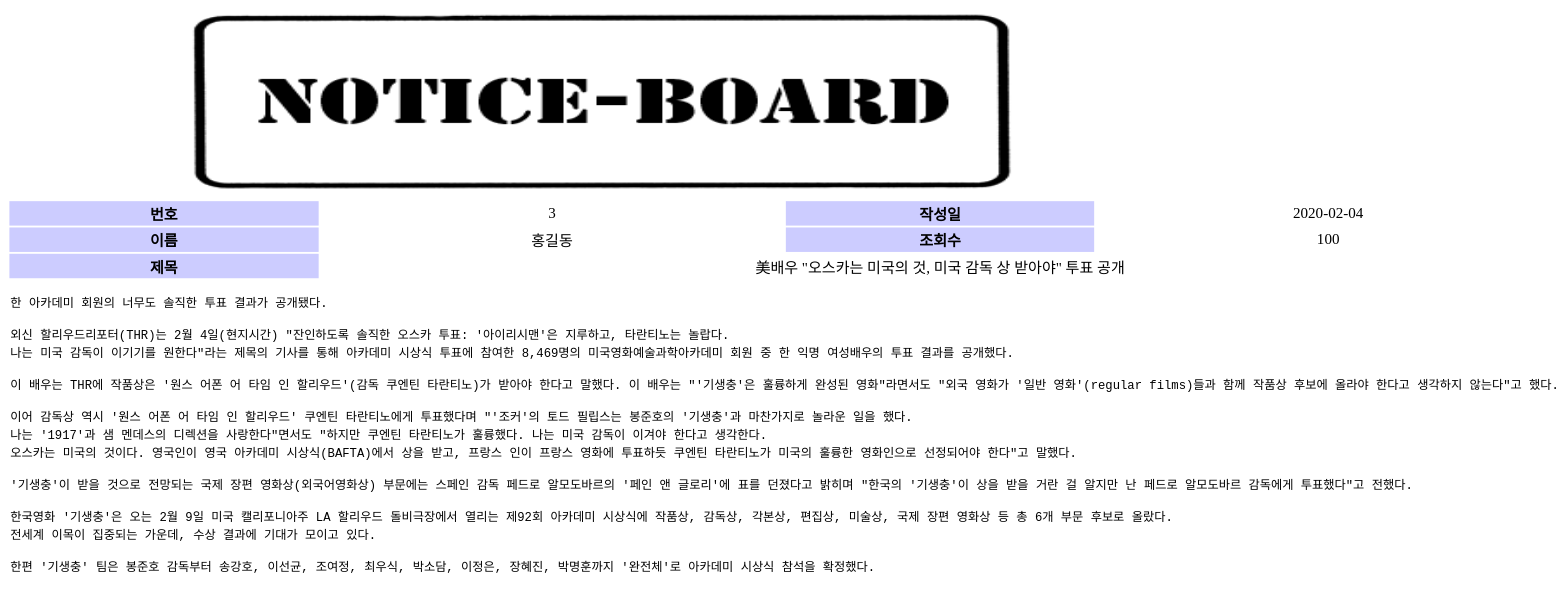
Repository: Rummikub/DBStudy
Page: HTML Project3/WebContent/html/detail.html
An editor plug-in stored every save of this project. The page is shown before and after the next save, followed by the edit.
The browser window is 1280 px wide. The page is 1663 px wide, so the pictures cover 1663 px, including what lies to the right of the window. The pictures show the whole page, at 94% of full size.

Above is the page before, as saved 2020-02-05 07:14:28.

### HTML Project3/WebContent/html/detail.html
<!DOCTYPE html>
<html>
<head>
<meta charset="UTF-8">
<title>Insert title here</title>
</head>
<body>
	<center>
	<img src="noticeboard.png" width=900 height=200>
	<table border=0 width=900>
		<tr>
		 <th width=20% bgcolor="#ccccff">번호</th>
		 <td width=30% align="center">3</td>
		 <th width=20% bgcolor="#ccccff">작성일</th>
		 <td width=30% align="center">2020-02-04</td>
		</tr>
		<tr>
		 <th width=20% bgcolor="#ccccff">이름</th>
		 <td width=30% align="center">홍길동</td>
		 <th width=20% bgcolor="#ccccff">조회수</th>
		 <td width=30% align="center">100</td>
		</tr>
		<tr>
		 <th width=20% bgcolor="#ccccff">제목</th>
		 <td colspan="3" align="center">美배우 "오스카는 미국의 것, 미국 감독 상 받아야" 투표 공개</td>
		</tr>
		<tr>
		 <td colspan="4" align="left" valign="top" height="200"><pre>한 아카데미 회원의 너무도 솔직한 투표 결과가 공개됐다.

외신 할리우드리포터(THR)는 2월 4일(현지시간) "잔인하도록 솔직한 오스카 투표: '아이리시맨'은 지루하고, 타란티노는 놀랍다.
나는 미국 감독이 이기기를 원한다"라는 제목의 기사를 통해 아카데미 시상식 투표에 참여한 8,469명의 미국영화예술과학아카데미 회원 중 한 익명 여성배우의 투표 결과를 공개했다.

이 배우는 THR에 작품상은 '원스 어폰 어 타임 인 할리우드'(감독 쿠엔틴 타란티노)가 받아야 한다고 말했다. 이 배우는 "'기생충'은 훌륭하게 완성된 영화"라면서도 "외국 영화가 '일반 영화'(regular films)들과 함께 작품상 후보에 올라야 한다고 생각하지 않는다"고 했다.

이어 감독상 역시 '원스 어폰 어 타임 인 할리우드' 쿠엔틴 타란티노에게 투표했다며 "'조커'의 토드 필립스는 봉준호의 '기생충'과 마찬가지로 놀라운 일을 했다.
나는 '1917'과 샘 멘데스의 디렉션을 사랑한다"면서도 "하지만 쿠엔틴 타란티노가 훌륭했다. 나는 미국 감독이 이겨야 한다고 생각한다.
오스카는 미국의 것이다. 영국인이 영국 아카데미 시상식(BAFTA)에서 상을 받고, 프랑스 인이 프랑스 영화에 투표하듯 쿠엔틴 타란티노가 미국의 훌륭한 영화인으로 선정되어야 한다"고 말했다.

'기생충'이 받을 것으로 전망되는 국제 장편 영화상(외국어영화상) 부문에는 스페인 감독 페드로 알모도바르의 '페인 앤 글로리'에 표를 던졌다고 밝히며 "한국의 '기생충'이 상을 받을 거란 걸 알지만 난 페드로 알모도바르 감독에게 투표했다"고 전했다.

한국영화 '기생충'은 오는 2월 9일 미국 캘리포니아주 LA 할리우드 돌비극장에서 열리는 제92회 아카데미 시상식에 작품상, 감독상, 각본상, 편집상, 미술상, 국제 장편 영화상 등 총 6개 부문 후보로 올랐다.
전세계 이목이 집중되는 가운데, 수상 결과에 기대가 모이고 있다.

한편 '기생충' 팀은 봉준호 감독부터 송강호, 이선균, 조여정, 최우식, 박소담, 이정은, 장혜진, 박명훈까지 '완전체'로 아카데미 시상식 참석을 확정했다.</pre></td>
		</tr>
	</table>
	</center>
</body>
</html>

After the next save:
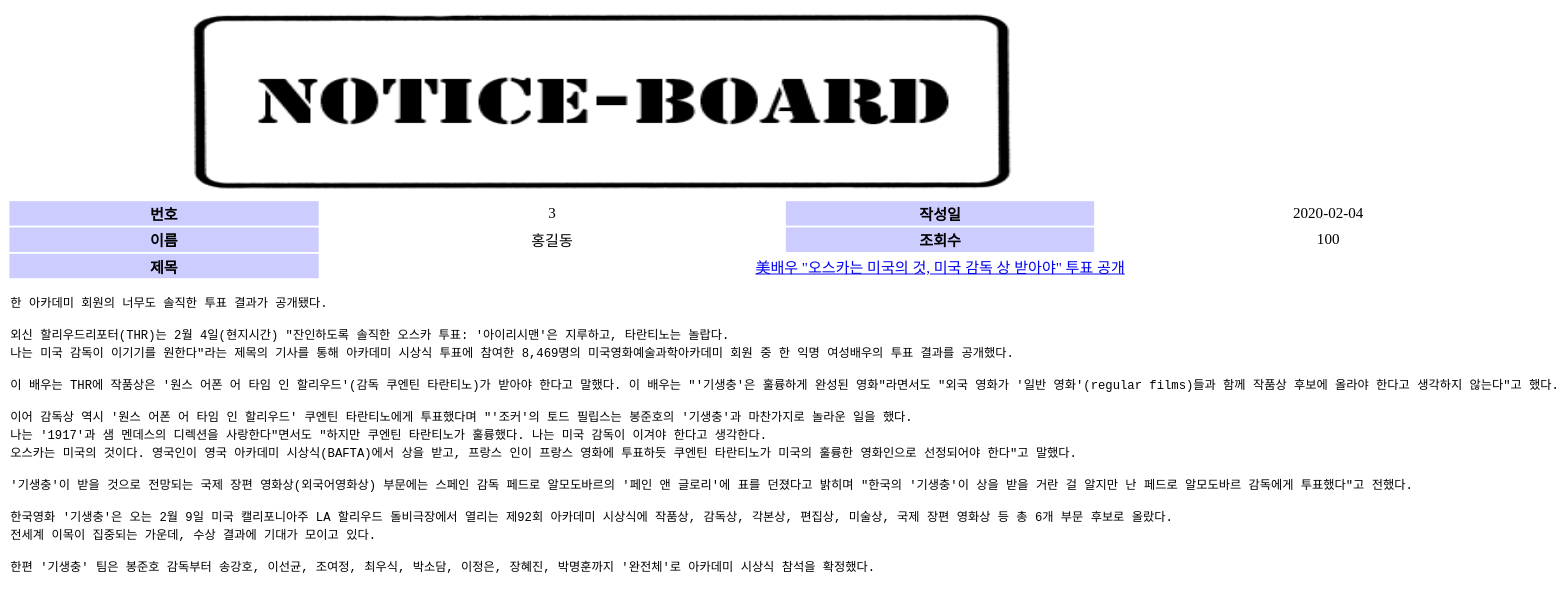
Saved 39 s later.
--- a/HTML Project3/WebContent/html/detail.html
+++ b/HTML Project3/WebContent/html/detail.html
@@ -22,7 +22,7 @@
 		</tr>
 		<tr>
 		 <th width=20% bgcolor="#ccccff">제목</th>
-		 <td colspan="3" align="center">美배우 "오스카는 미국의 것, 미국 감독 상 받아야" 투표 공개</td>
+		 <td colspan="3" align="center"><a href="detail.html">美배우 "오스카는 미국의 것, 미국 감독 상 받아야" 투표 공개</a></td>
 		</tr>
 		<tr>
 		 <td colspan="4" align="left" valign="top" height="200"><pre>한 아카데미 회원의 너무도 솔직한 투표 결과가 공개됐다.
